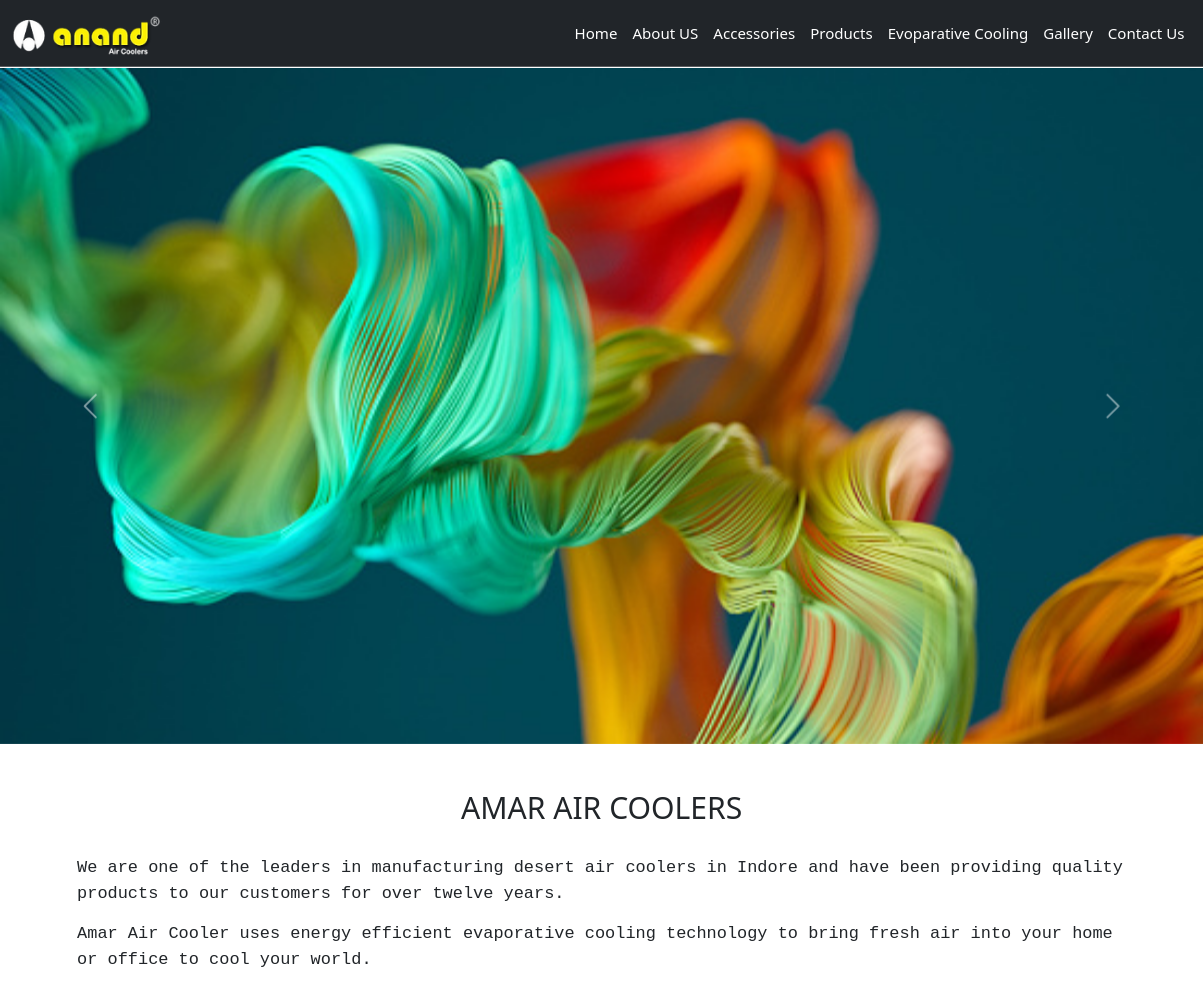
Repository: dhavalmaniyar/divakar
Page: http://localhost/
An editor plug-in stored every save of this project. The page is shown before and after the next save, followed by the edit.
The browser window is 1280 px wide. The pictures show the whole page, at 94% of full size.
The page is served by the project's application, run on Django 3.2 (divakar_app/manage.py). Other server files are loaded and not shown.

Above is the page before, as saved 2021-12-08 11:18:26.

### divakar_app/templates/index.html
{% extends "base.html" %}
{% load static %}
{%block body%}
<br><br><br>
<div id="carouselExampleInterval" class="carousel slide" data-bs-ride="carousel">
    <div class="carousel-inner">
      <div class="carousel-item active" data-bs-interval="2000">
        <img src="{%static '/images/landingpage.jpg'%}" class="d-block w-100" alt="">
      </div>
      <div class="carousel-item" data-bs-interval="2000">
        <img src="{%static '/images/landingpage.jpg'%}" class="d-block w-100" alt="">
      </div>
      <div class="carousel-item">
        <img src="{%static '/images/landingpage.jpg'%}" class="d-block w-100" alt="">
      </div>
    </div>
    <button class="carousel-control-prev" type="button" data-bs-target="#carouselExampleInterval" data-bs-slide="prev">
      <span class="carousel-control-prev-icon" aria-hidden="true"></span>
      <span class="visually-hidden">Previous</span>
    </button>
    <button class="carousel-control-next" type="button" data-bs-target="#carouselExampleInterval" data-bs-slide="next">
      <span class="carousel-control-next-icon" aria-hidden="true"></span>
      <span class="visually-hidden">Next</span>
    </button>
  </div>
  <br><br>
  <h2 class="text-center">AMAR AIR COOLERS</h2><br>
  <div class="container">
    <p class="content">
        We are one of the leaders in manufacturing desert air coolers in Indore and have
        been providing quality products to our customers for over twelve years.

    </p>
    <p class="content">
        Amar Air Cooler uses energy efficient evaporative cooling technology to bring fresh
        air into your home or office to cool your world.
    </p>
</div>
{%endblock body%}

### divakar_app/templates/base.html
{% load static %}
<!DOCTYPE html>
<html lang="en">

<head>
    <meta charset="UTF-8">
    <meta http-equiv="X-UA-Compatible" content="IE=edge">
    <meta name="viewport" content="width=device-width, initial-scale=1.0">
    <link rel="stylesheet" href="{%static '/css/bootstrap.css'%}">
    <script src="{%static '/js/bootstrap.js'%}"></script>
    <script src="https://ajax.googleapis.com/ajax/libs/jquery/3.5.1/jquery.min.js"></script>
    <title>Amar Coolers</title>
</head>
<style>
 .navbar{
     position: absolute;
     right: 0;
     left: 0;
     top: 0;
     z-index: 100;
      }
      .content{
          font-size: large;
          font-family: 'Courier New';
      }
</style>

<body>
    <nav class="navbar navbar-expand-lg navbar-dark bg-dark">
        <div class="container-fluid">
            <a class="navbar-brand" href="#">
                <img src="{%static '/images/logo.webp'%}" alt="" width="100%" height="44"
                    class="d-inline-block align-text-top">
            </a>
            <button class="navbar-toggler" type="button" data-bs-toggle="collapse" data-bs-target="#navbarNavAltMarkup"
                aria-controls="navbarNavAltMarkup" aria-expanded="false" aria-label="Toggle navigation">
                <span class="navbar-toggler-icon"></span>
            </button>
            <div class="collapse navbar-collapse justify-content-end" id="navbarNavAltMarkup">
                <div class="navbar-nav">
                    <a class="nav-link active" href="#">Home</a>
                    <a class="nav-link active" href="#">About US</a>
                    <a class="nav-link active" href="#">Accessories</a>
                    <a class="nav-link active" href="#">Products</a>
                    <a class="nav-link active" href="#">Evoparative Cooling</a>
                    <a class="nav-link active" href="#">Gallery</a>
                    <a class="nav-link active" href="#">Contact Us</a>
                </div>
            </div>
        </div>
    </nav>
    {% block body %}

    {% endblock body %}
</body>

</html>

### divakar_app/divakar_app/urls.py
"""divakar_app URL Configuration

The `urlpatterns` list routes URLs to views. For more information please see:
    https://docs.djangoproject.com/en/3.1/topics/http/urls/
Examples:
Function views
    1. Add an import:  from my_app import views
    2. Add a URL to urlpatterns:  path('', views.home, name='home')
Class-based views
    1. Add an import:  from other_app.views import Home
    2. Add a URL to urlpatterns:  path('', Home.as_view(), name='home')
Including another URLconf
    1. Import the include() function: from django.urls import include, path
    2. Add a URL to urlpatterns:  path('blog/', include('blog.urls'))
"""
from django.contrib import admin
from django.urls import path
from django.urls.conf import include

urlpatterns = [
    path('',include('amar_coolers.urls')),
    path('admin/', admin.site.urls),
]

### divakar_app/amar_coolers/urls.py
from django.contrib import admin
from django.urls import path
from . import views
urlpatterns = [
    path('',views.index,name='index'),
]

Loaded but not shown: divakar_app/amar_coolers/views.py (common file); divakar_app/static/css/bootstrap.css (library); divakar_app/static/js/bootstrap.js (library)

After the next save:
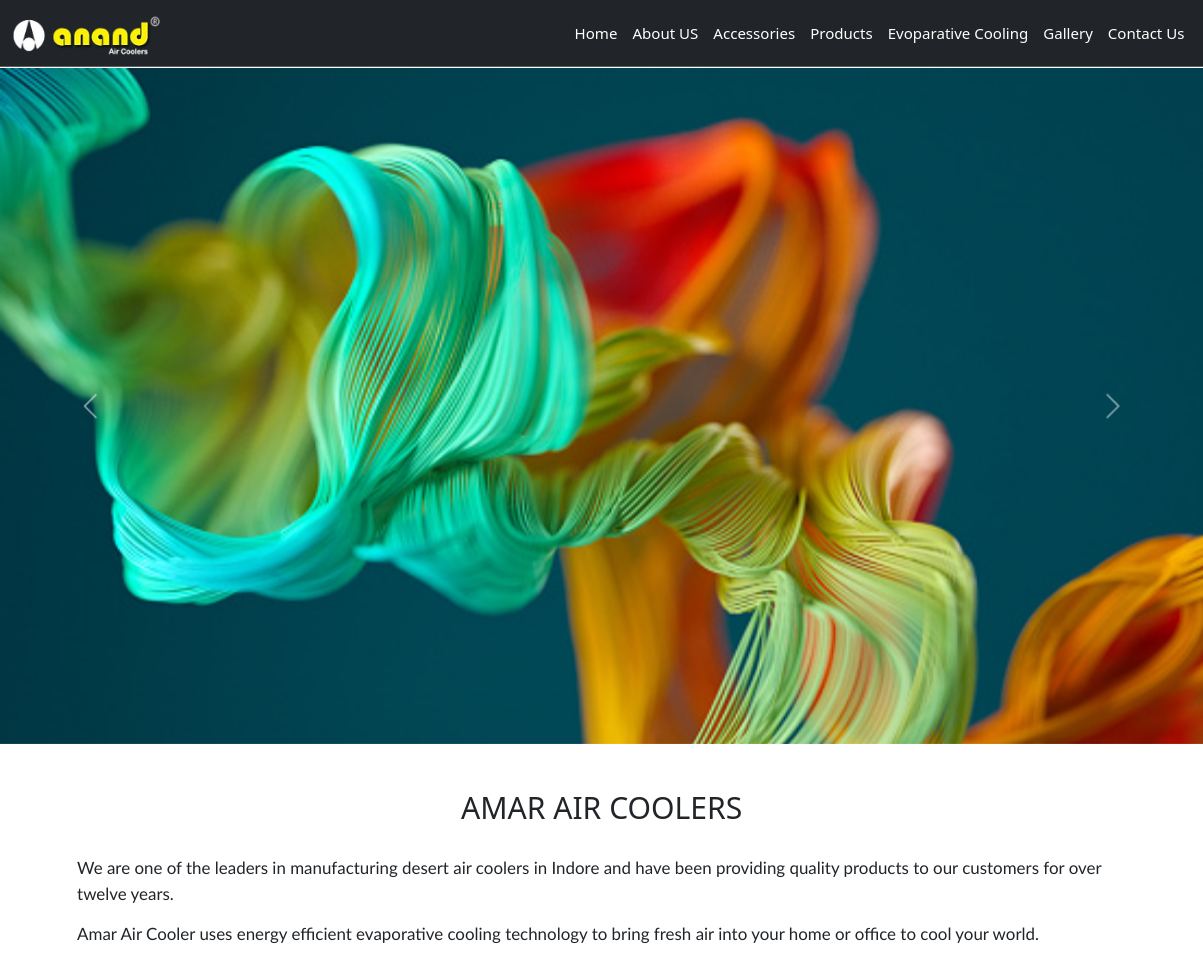
Saved 7 s later.
--- a/divakar_app/templates/base.html
+++ b/divakar_app/templates/base.html
@@ -21,7 +21,7 @@
       }
       .content{
           font-size: large;
-          font-family: 'Courier New';
+          font-family:'Gill Sans', 'Gill Sans MT', Calibri, 'Trebuchet MS', sans-serif;
       }
 </style>
 
